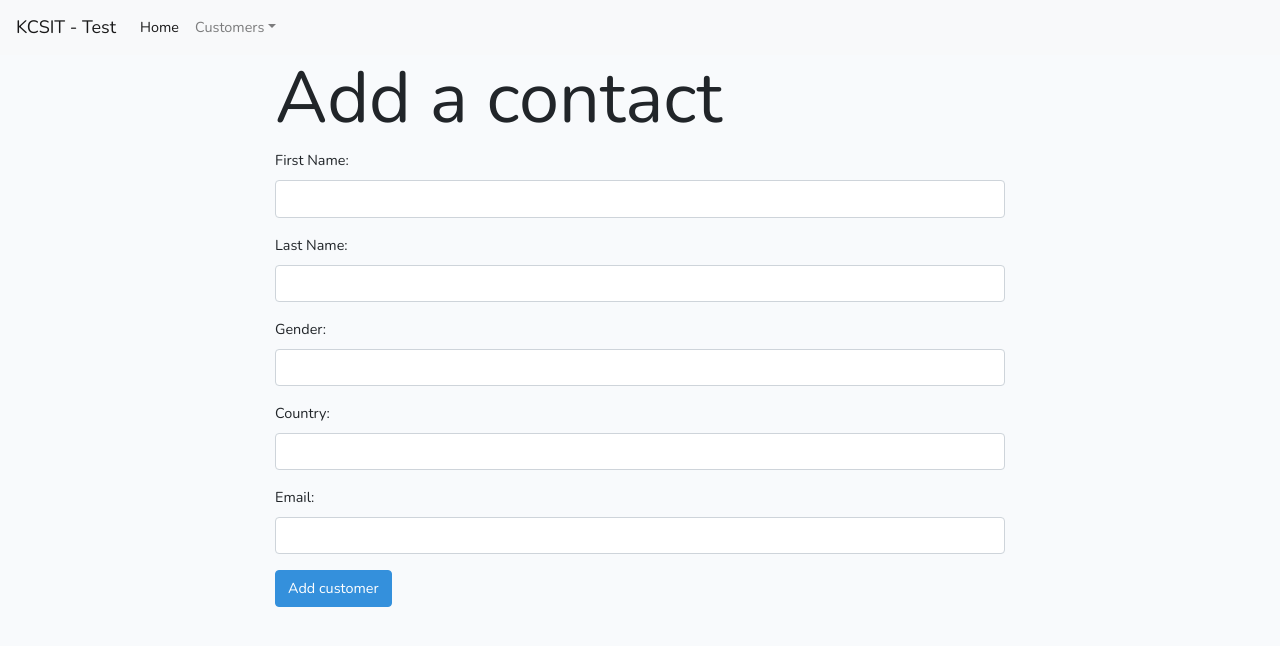
Repository: GilmarBrito/kcsit
Page: http://localhost/customers/create
The author's editor kept a copy of each file at every save. The page is drawn from the files as they stood at one save, then again after the next save.
The browser window is 1280 px wide. The pictures show the whole page.
The page is served by the project's Laravel application, run on PHP 8.4 with Laravel 8. Style sheets and scripts are compiled from the project's sources, by tool versions that may differ from the author's.

Above is the page before, as saved 2020-03-08 15:25:42.

After the next save:
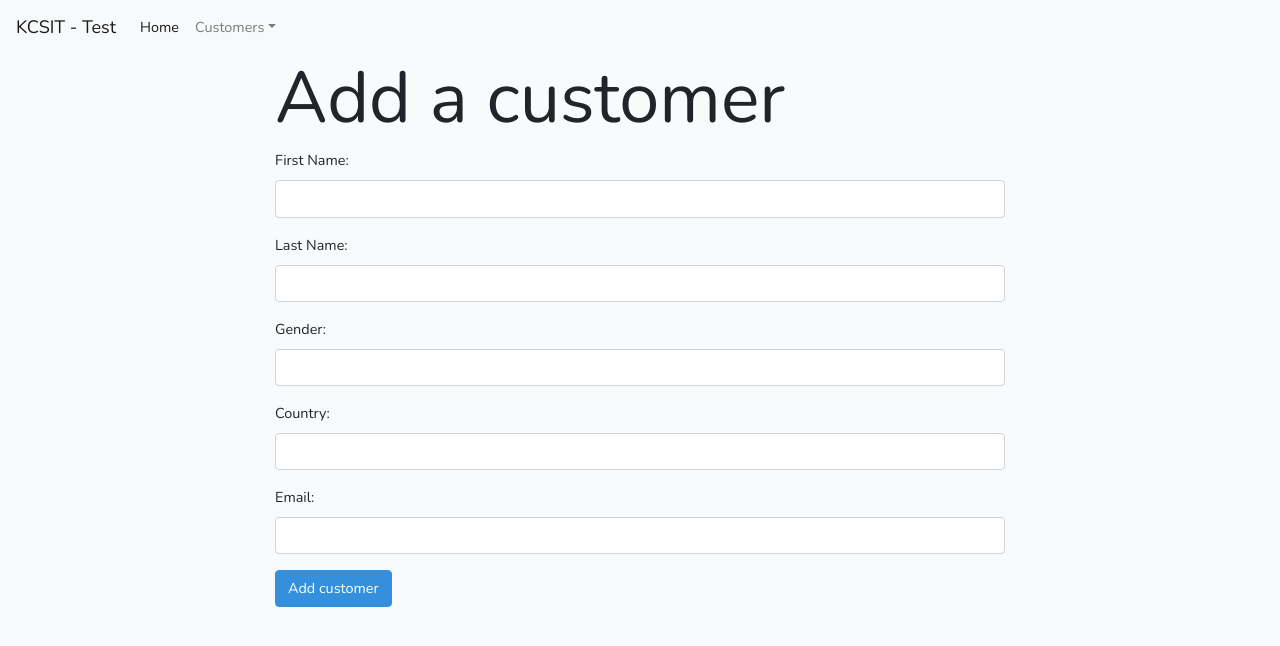
Saved 40 s later.
--- a/resources/views/customers/create.blade.php
+++ b/resources/views/customers/create.blade.php
@@ -3,7 +3,7 @@
 @section('main')
 <div class="row">
     <div class="col-sm-8 offset-sm-2">
-        <h1 class="display-3">Add a contact</h1>
+        <h1 class="display-3">Add a customer</h1>
         <div>
         @if ($errors->any())
             <div class="alert alert-danger">
